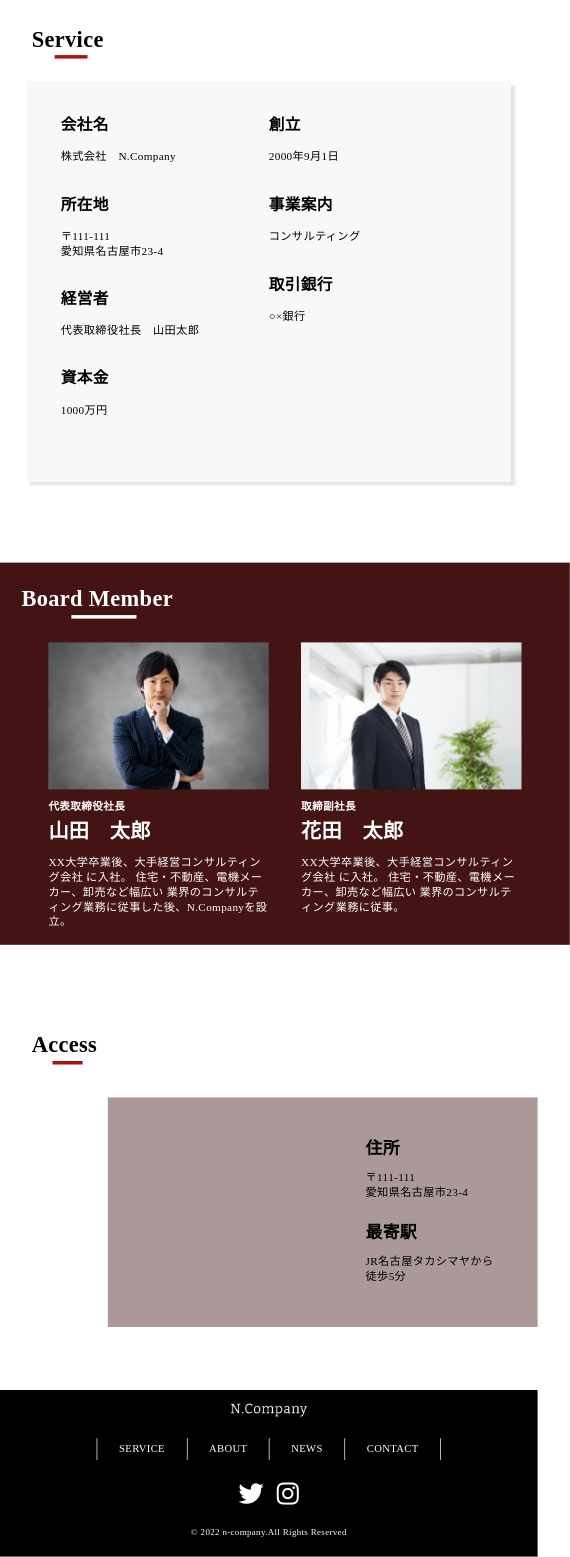
Repository: nozomi-23/hp2_test
Page: html/about.html
The author's editor kept a copy of each file at every save. The page is drawn from the files as they stood at one save, then again after the next save.
The browser window is 768 px wide. The page is 814 px wide, so the pictures cover 814 px, including what lies to the right of the window. The pictures show the part of the page from y = 654 to 2894 px (the page is 2878 px tall before and 2894 px after), at 70% of full size.
Pictures or frames that could not be fetched are drawn as grey boxes. Some web fonts or font styles are not loaded; a fallback is used. Some web libraries are served in a nearby version.

Above is the page before, as saved 2022-06-26 23:15:25.

After the next save:
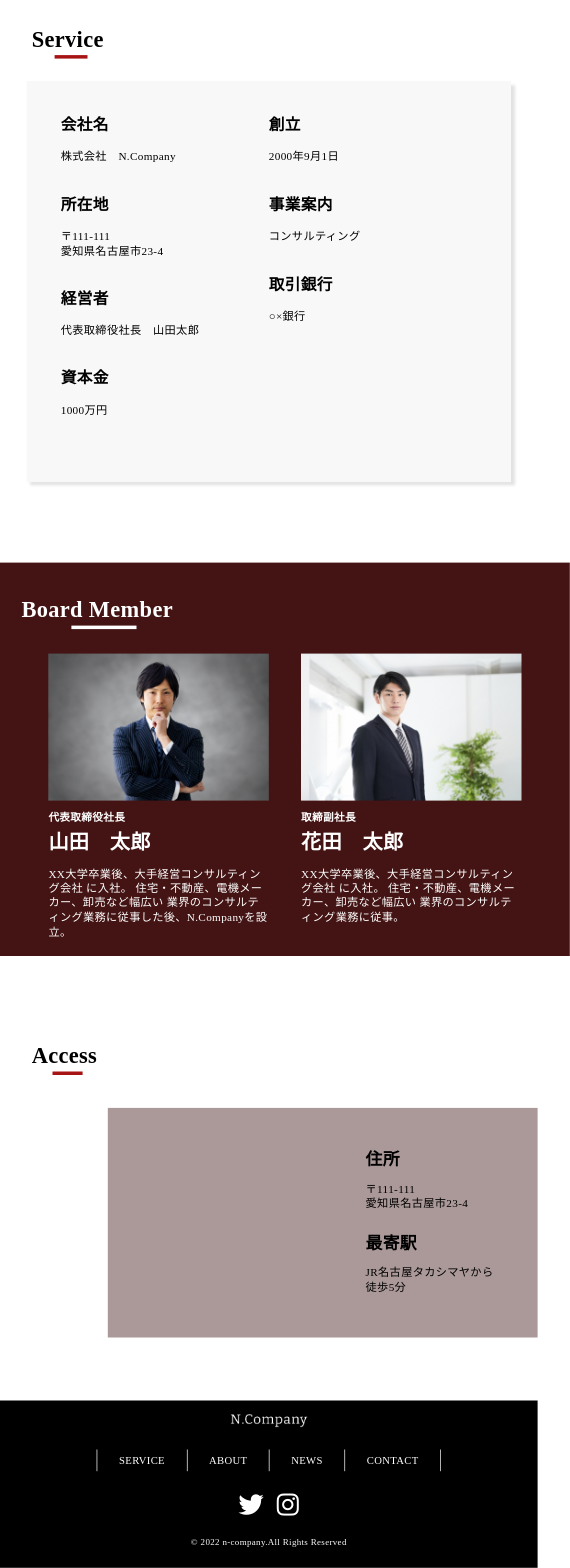
Saved 2 min 22 s later.
--- a/css/about.css
+++ b/css/about.css
@@ -157,5 +157,6 @@ access
 
   .mem_inner {
     width: 100%;
+    padding-top: 5%;
   }
 }
